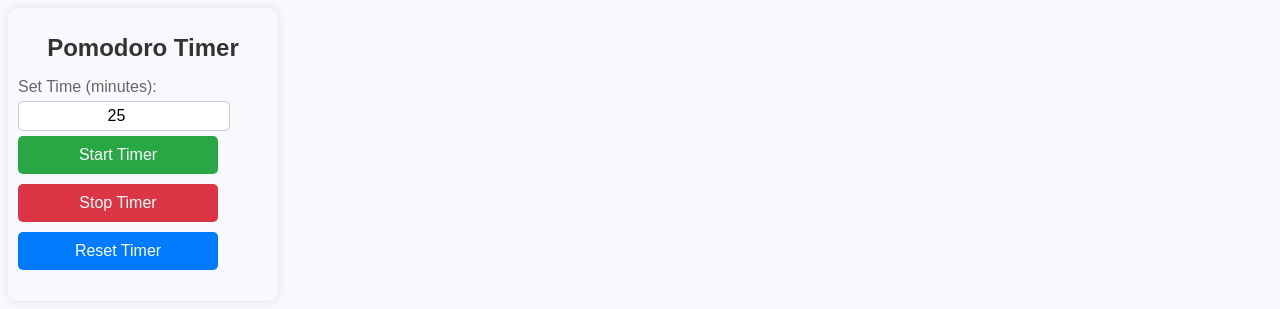
Repository: Prateek09102001/POMODORO-TIMER-UPDATEED-EXTENSIONS
Page: popup.html
These files come from the project's save history. The page is drawn as it stood at one moment and after a run of saves; the edit follows.
The browser window is 1280 px wide. The pictures show the whole page.

Above is the page before, as saved 2024-09-30 18:54:17.

After the next 3 saves:
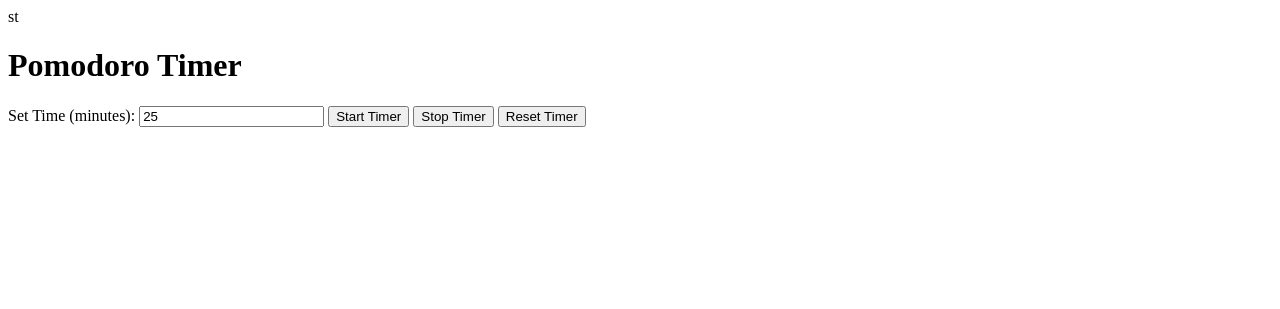
The 3 saves are shown as one change because they came seconds apart.
The last was saved 13 s later.
--- a/popup.html
+++ b/popup.html
@@ -4,63 +4,7 @@
     <meta charset="UTF-8">
     <meta name="viewport" content="width=device-width, initial-scale=1.0">
     <title>Pomodoro Timer</title>
-    <style>
-        body {
-            font-family: 'Arial', sans-serif;
-            padding: 10px;
-            background-color: #f7f9fc;
-            border-radius: 10px;
-            box-shadow: 0 0 10px rgba(0, 0, 0, 0.1);
-            width: 250px;
-        }
-        h1 {
-            font-size: 1.5em;
-            text-align: center;
-            color: #333;
-        }
-        label {
-            display: block;
-            margin: 10px 0 5px;
-            color: #666;
-        }
-        input[type="number"] {
-            width: 80%;
-            padding: 5px;
-            border-radius: 5px;
-            border: 1px solid #ccc;
-            text-align: center;
-            font-size: 1em;
-        }
-        button {
-            width: 80%;
-            padding: 10px;
-            margin: 5px auto;
-            border: none;
-            border-radius: 5px;
-            color: #fff;
-            font-size: 1em;
-            cursor: pointer;
-            transition: background-color 0.3s, transform 0.2s;
-        }
-        #start {
-            background-color: #28a745; /* Green */
-        }
-        #stop {
-            background-color: #dc3545; /* Red */
-        }
-        #reset {
-            background-color: #007bff; /* Blue */
-        }
-        button:hover {
-            transform: scale(1.05);
-        }
-        #status {
-            margin-top: 10px;
-            text-align: center;
-            color: #333;
-            font-weight: bold;
-        }
-    </style>
+    st
 </head>
 <body>
     <h1>Pomodoro Timer</h1>
